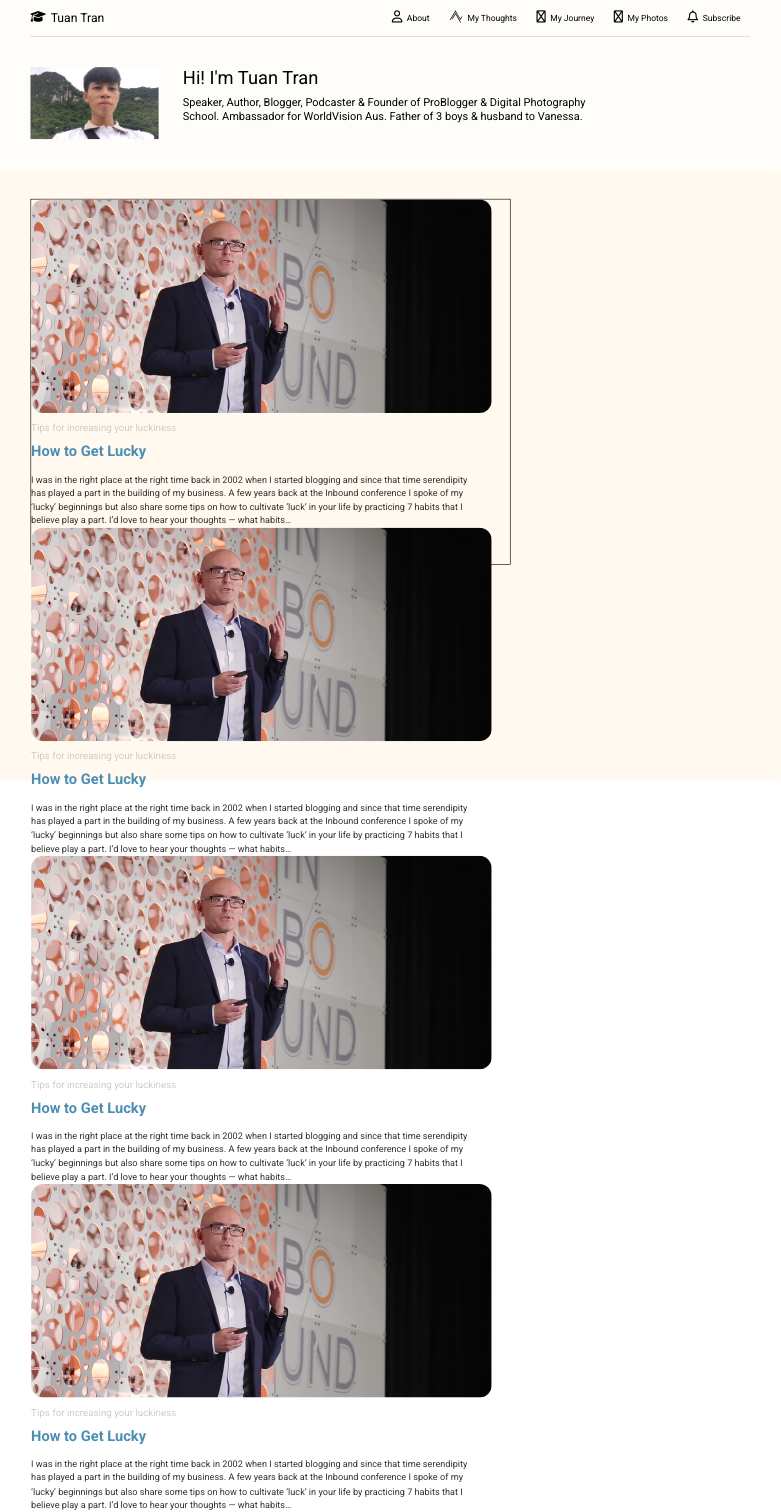
Repository: TranDinhTuann/Blog-Demo
Page: index.html
An editor plug-in stored every save of this project. The page is shown before and after the next save, followed by the edit.
The browser window is 1280 px wide. The pictures show the whole page, at 61% of full size.

Above is the page before, as saved 2023-03-22 20:35:00.

After the next save:
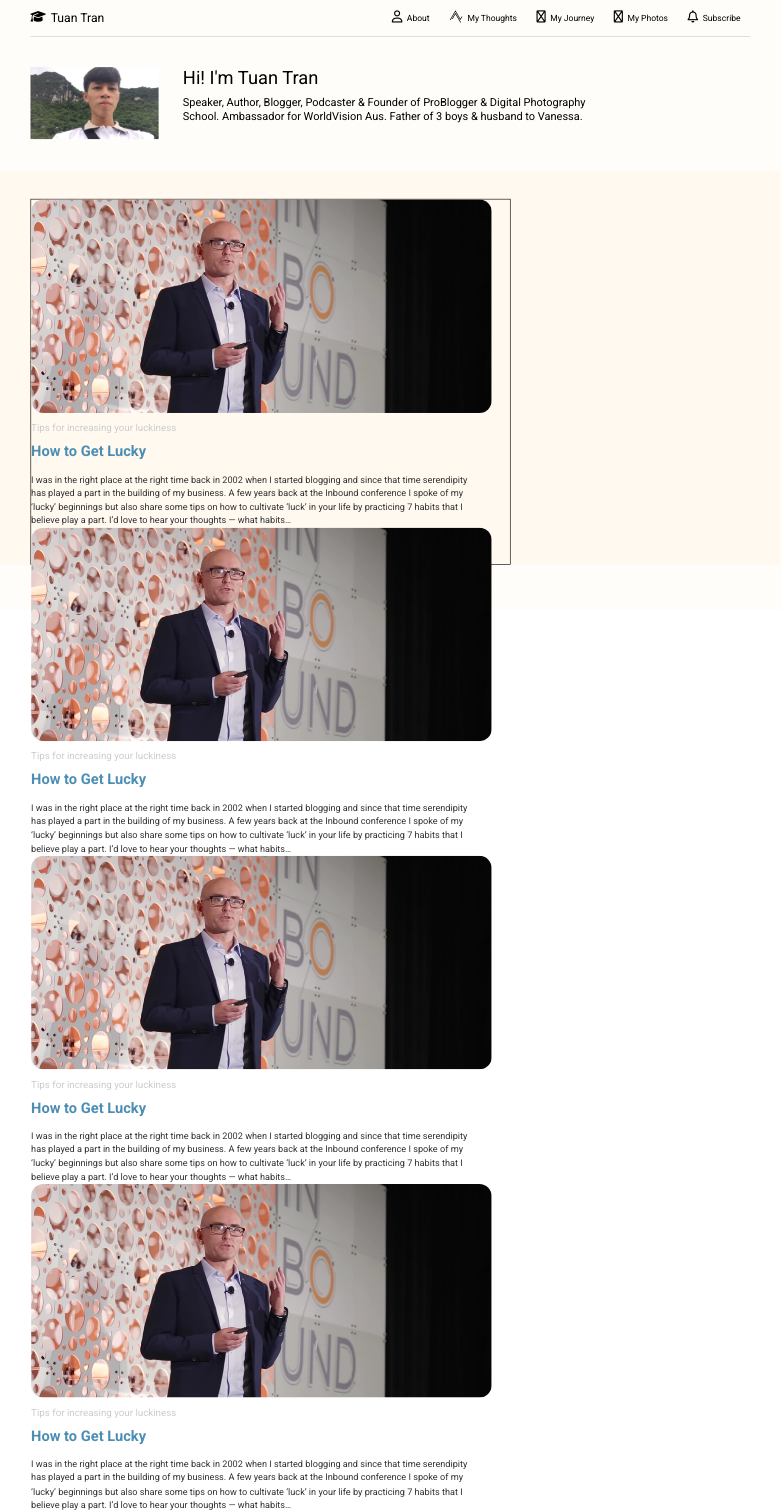
Saved 26 s later.
--- a/assets/css/main.css
+++ b/assets/css/main.css
@@ -95,7 +95,6 @@
 /* Grid */
 .grid {
     background-color: rgb(255, 249, 239);
-    height: 1000px;
     /* display: flex; */
 }
 .grid1  {
